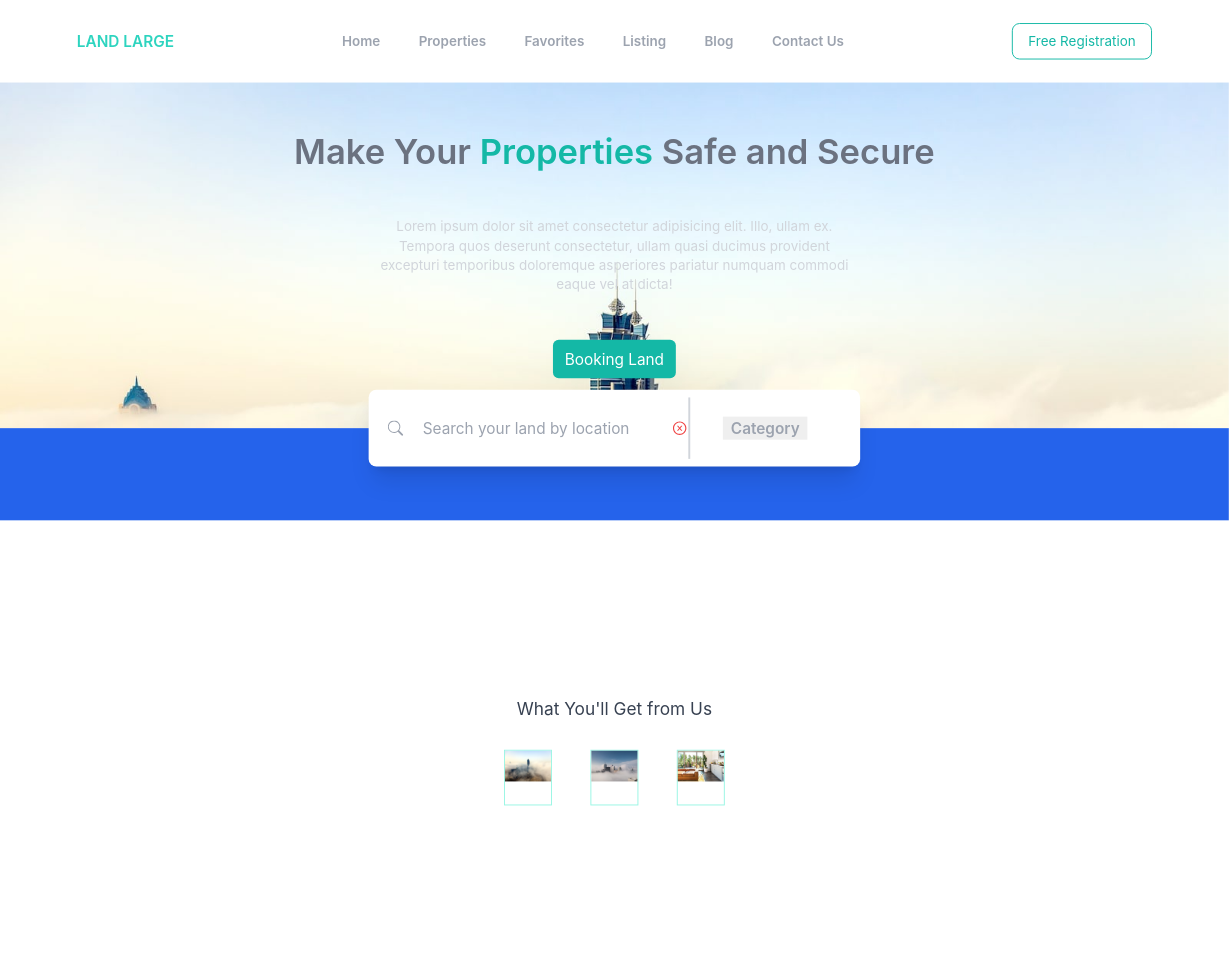
Repository: MuniruIssah/realestate
Page: /
These files come from the project's save history. The page is drawn as it stood at one moment and after the next save; the edit follows.
The browser window is 1280 px wide. The pictures show the whole page, at 96% of full size.
The project was rebuilt for these pictures with package versions that can differ from the ones it lists, and the page was loaded fresh each time. Also part of the build but not shown: src/App.css.

Above is the page before, as saved 2022-02-19 23:15:50.

### src/App.js
import logo from "./logo.svg";
import "./App.css";
import Header from "./components/Header";
import Jumbotron from "./components/Jumbotron";
import Search from "./components/Search";
import Services from "./components/Services";

function App() {
  return (
    <div className="h-screen">
      <Header />
      <Jumbotron />
      <Search />
      <Services />
    </div>
  );
}

export default App;

### src/components/Header.js
import React from "react";
const links = [
  "Home",
  "Properties",
  "Favorites",
  "Listing",
  "Blog",
  "Contact Us",
];
const Header = () => {
  return (
    <div className="flex justify-between items-center px-3 lg:px-20 py-6">
      <span className="uppercase text-teal-400  font-semibold">land large</span>
      <div className="hidden lg:flex space-x-10 items-center">
        {links.map((link, index) => (
          <LinkItem key={index} name={link} />
        ))}
      </div>
      <button className="text-teal-500 border border-teal-500 rounded rounded-lg py-2 px-4 text-sm">
          Free Registration
      </button>
    </div>
  );
};

export default Header;

const LinkItem = ({ name }) => {
  return (
    <a href="#" className="text-gray-400 hover:text-teal-500 font-semibold text-sm">
      {name}
    </a>
  );
};

### src/components/Jumbotron.js
import React from "react";
import building from "../assets/building_cloud.jpg";
const Jumbotron = () => {
  return (
    <div
      style={{ backgroundImage: `url(${building})` }}
      className="h-3/6 flex flex-col justify-center items-center space-y-12 w-full  bg-no-repeat bg-cover"
    >
      <span className="lg:text-4xl text-gray-500 text-center font-semibold">
        Make Your <span className="text-teal-500">Properties</span> Safe and
        Secure
      </span>
      <p className="text-gray-300 text-sm text-center max-w-lg">
        Lorem ipsum dolor sit amet consectetur adipisicing elit. Illo, ullam ex.
        Tempora quos deserunt consectetur, ullam quasi ducimus provident
        excepturi temporibus doloremque asperiores pariatur numquam commodi
        eaque vel at dicta!
      </p>
      <button className="text-white bg-teal-500 py-2 px-3 rounded rounded-md">
          Booking Land
      </button>
    </div>
  );
};

export default Jumbotron;

### src/components/Search.js
import React from "react";
import { BsSearch } from "react-icons/bs";
import { AiOutlineCloseCircle } from "react-icons/ai";
const Search = () => {
  return (
    <div className="hidden lg:block  h-24 relative w-full bg-blue-600 mb-6">
      <div className="absolute h-20 w-full  -top-10">
        <div className="flex shadow shadow-xl h-full w-2/5 rounded rounded-lg bg-white mx-auto px-5 py-2">
          <div className="basis-2/3 flex items-center justify-center border-r-2 border-gray-300 space-x-5 ">
            <BsSearch className="text-gray-400" />
            <input
              type="text"
              className="w-60 outline-none text-gray-400"
              placeholder="Search your land by location"
            />
            <AiOutlineCloseCircle className="text-red-500" />
          </div>
          <div className="flex justify-center items-center basis-1/3">
            <select
              name="category"
              className="text-gray-400 outline-none px-2 font-semibold appearance-none"
              id=""
            >
              <option>Category</option>
            </select>
          </div>
        </div>
      </div>
    </div>
  );
};

export default Search;

### src/components/Services.js
import React from "react";
import interior from "../assets/interior.jpg";
import R from "../assets/R.png";
import building_cloud from "../assets/building_cloud.jpg";

const servicesList = [
  {
    image: building_cloud,
    service: "Beautiful Interiors",
  },
  {
    image: R,
    service: "Huge Parking Lot",
  },
  {
    image: interior,
    service: "Relaxing Places",
  },
];
const Services = () => {
  return (
    <div className="h-3/5 w-full flex flex-col justify-center items-center space-y-7 ">
      <h2 className="text-gray-700 text-lg">What You'll Get from Us</h2>
      <div className="md:flex md:space-x-10 justify-center items-center width">
        {servicesList.map((service, index) => (
          <ServicesCard key={index} {...service} />
        ))}
      </div>
    </div>
  );
};

export default Services;

const ServicesCard = ({ image, name }) => {
  return (
    <div className="group flex-1 w-lg border border-teal-200 hover:bg-teal-500 hover:ring-teal-500">
      <img src={image} alt="service" className="w-full h-8 object-cover" />
      <span className="my-2 px-2 text-gray-600 group-hover:text-white">
        {name}
      </span>
      <button className="py-2 px-3 bg-white text-teal-500 group-hover:block hidden">
        Know More
      </button>
    </div>
  );
};

Loaded but not shown: public/index.html (common file); src/index.js (common file); src/index.css (common file); src/reportWebVitals.js (common file); tailwind.config.js (common file)

After the next save:
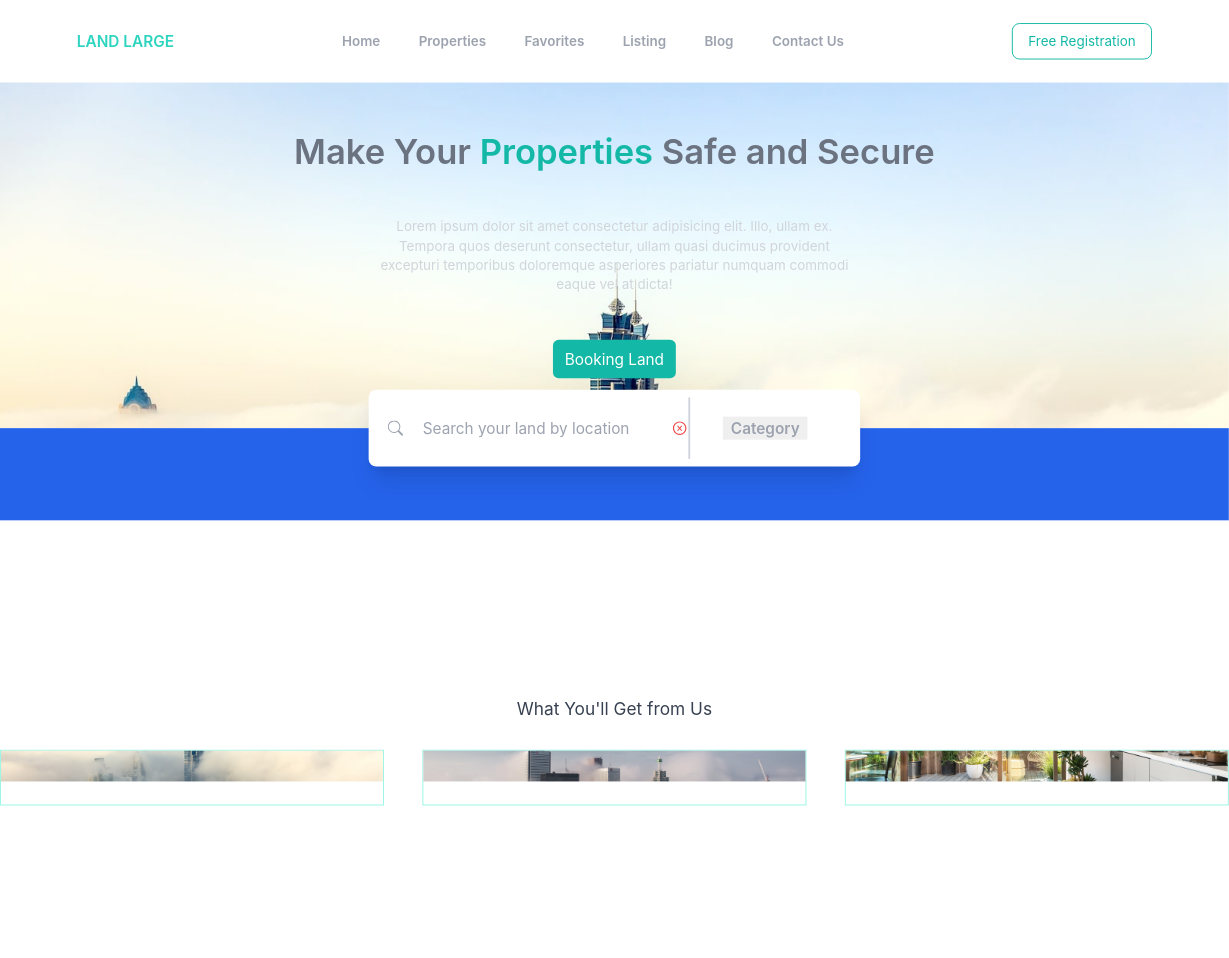
Saved 4 s later.
--- a/src/components/Services.js
+++ b/src/components/Services.js
@@ -21,7 +21,7 @@
   return (
     <div className="h-3/5 w-full flex flex-col justify-center items-center space-y-7 ">
       <h2 className="text-gray-700 text-lg">What You'll Get from Us</h2>
-      <div className="md:flex md:space-x-10 justify-center items-center width">
+      <div className="md:flex md:space-x-10 justify-center items-center w-full">
         {servicesList.map((service, index) => (
           <ServicesCard key={index} {...service} />
         ))}

After the 2 saves that followed:
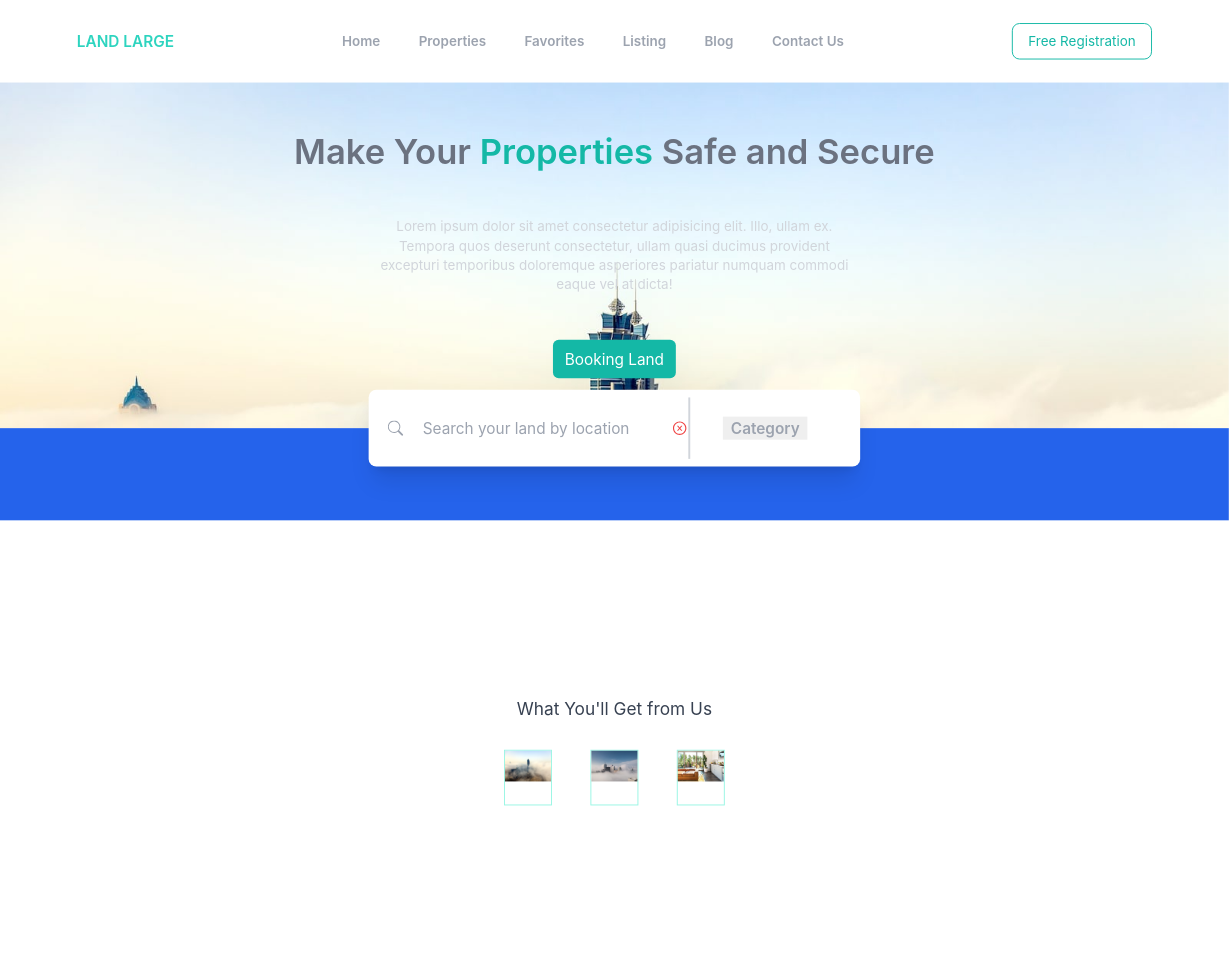
The 2 saves are shown as one change because 1 left the picture as it was.
The last was saved 46 s later.
--- a/src/components/Services.js
+++ b/src/components/Services.js
@@ -21,7 +21,7 @@
   return (
     <div className="h-3/5 w-full flex flex-col justify-center items-center space-y-7 ">
       <h2 className="text-gray-700 text-lg">What You'll Get from Us</h2>
-      <div className="md:flex md:space-x-10 justify-center items-center w-full">
+      <div className="md:flex md:space-x-10 justify-around items-center">
         {servicesList.map((service, index) => (
           <ServicesCard key={index} {...service} />
         ))}
